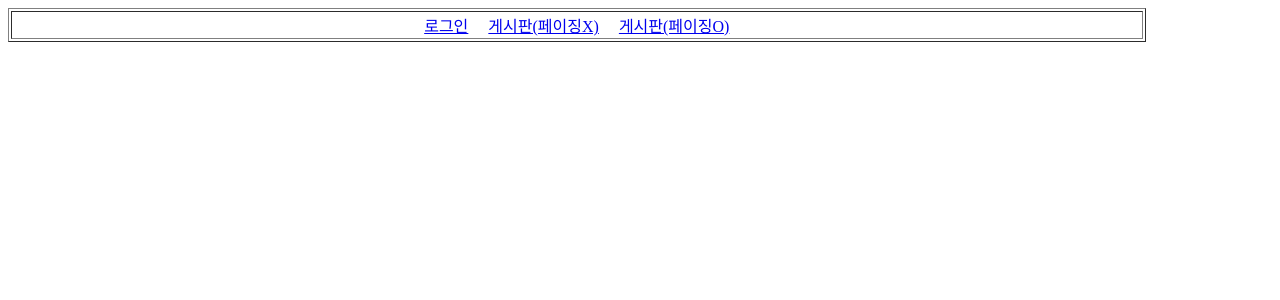
Repository: jungwoonAn/jsp_basic
Page: http://localhost/MustHaveJSP/Common/BSLink.jsp
These files come from the project's save history. The page is drawn as it stood at one moment and after the next save; the edit follows.
The browser window is 1280 px wide. The pictures show the whole page.
The page is served by Tomcat 10.

Above is the page before, as saved 2024-10-22 02:11:14.

After the next save:
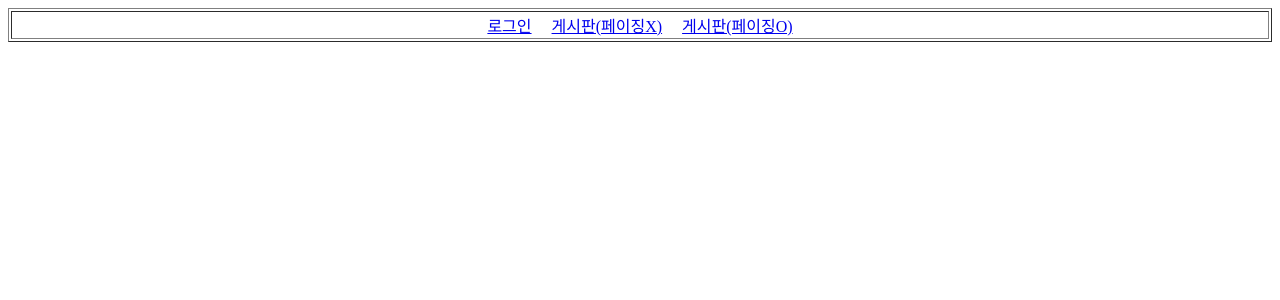
Saved 27 s later.
--- a/MustHaveJSP/src/main/webapp/Common/BSLink.jsp
+++ b/MustHaveJSP/src/main/webapp/Common/BSLink.jsp
@@ -1,6 +1,6 @@
 <%@ page language="java" contentType="text/html; charset=UTF-8"
     pageEncoding="UTF-8"%>
-<table border="1" style="width:90%;">
+<table border="1" style="width:100%;">
 	<tr>
 		<td style="text-align:center;">
 		<!-- 로그인 여부에 따른 메뉴 변화 -->
